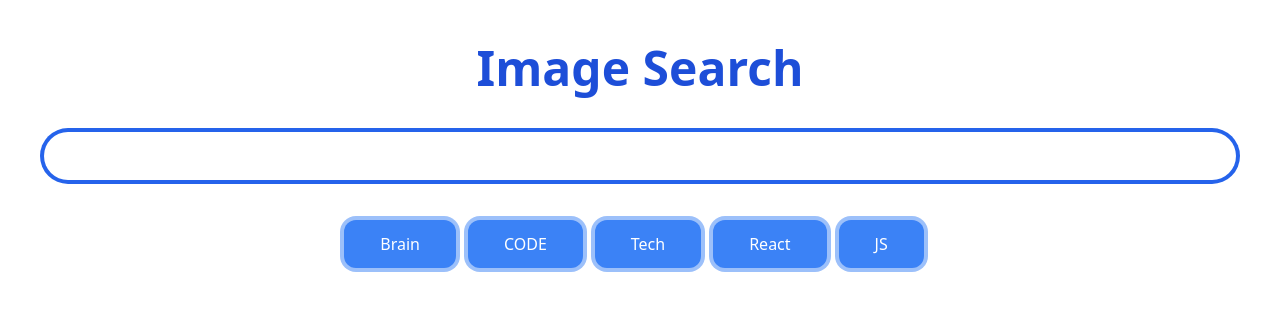
Repository: rkrukshan/react-image-gallery
Page: /
These files come from the project's save history. The page is drawn as it stood at one moment and after the next save; the edit follows.
The browser window is 1280 px wide. The pictures show the whole page.
The project was rebuilt for these pictures with package versions that can differ from the ones it lists, and the page was loaded fresh each time. Also part of the build but not shown: vite.config.js.

Above is the page before, as saved 2025-01-07 13:07:18.

### src/index.css
@tailwind base;
@tailwind components;
@tailwind utilities;

.btn {
  @apply bg-blue-500 text-white px-9 py-3 mr-3 rounded-xl ring-4 hover:ring-slate-400;
}

### src/App.jsx
import Gallery from "./assets/components/Gallery";

export default function App() {
  return (
    <div className="container mx-auto p-11">

    <Gallery/>

    </div>
  )
}

### src/assets/components/Gallery.jsx
export default function Gallery() {
  return (
    <div className="">
      <h1 className="font-bold text-5xl text-blue-700 text-center">
        Image Search
      </h1>
      <div className="mt-10">
        <input
          type="search"
          placeholder=""
          className="w-full rounded-full ring-4 ring-blue-600 p-3"
        />
      </div>
      <div className="flex justify-center mt-10">
        <button className="btn">Brain</button>
        <button className="btn">CODE</button>
        <button className="btn"> Tech</button>
        <button className="btn">React</button>
        <button className="btn">JS</button>
      </div>
    </div>
  );
}

Loaded but not shown: index.html (common file); src/main.jsx (common file); tailwind.config.js (common file)

After the next save:
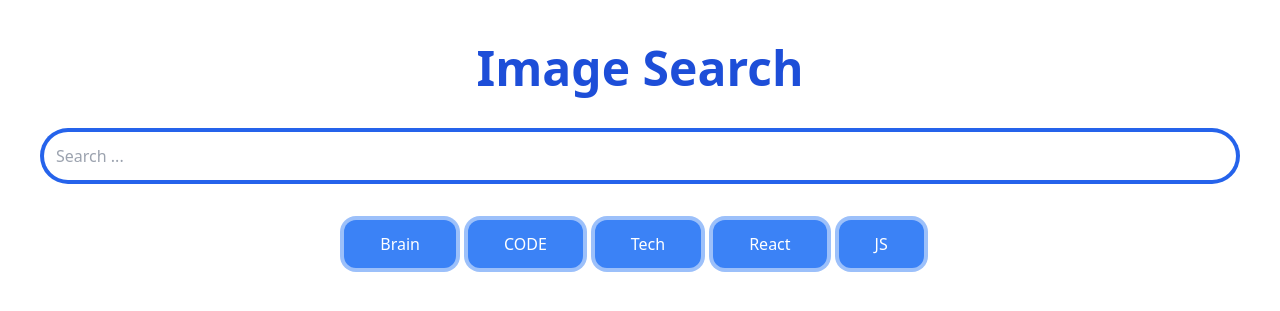
Saved 13 s later.
--- a/src/assets/components/Gallery.jsx
+++ b/src/assets/components/Gallery.jsx
@@ -7,7 +7,7 @@ export default function Gallery() {
       <div className="mt-10">
         <input
           type="search"
-          placeholder=""
+          placeholder="Search ..."
           className="w-full rounded-full ring-4 ring-blue-600 p-3"
         />
       </div>
